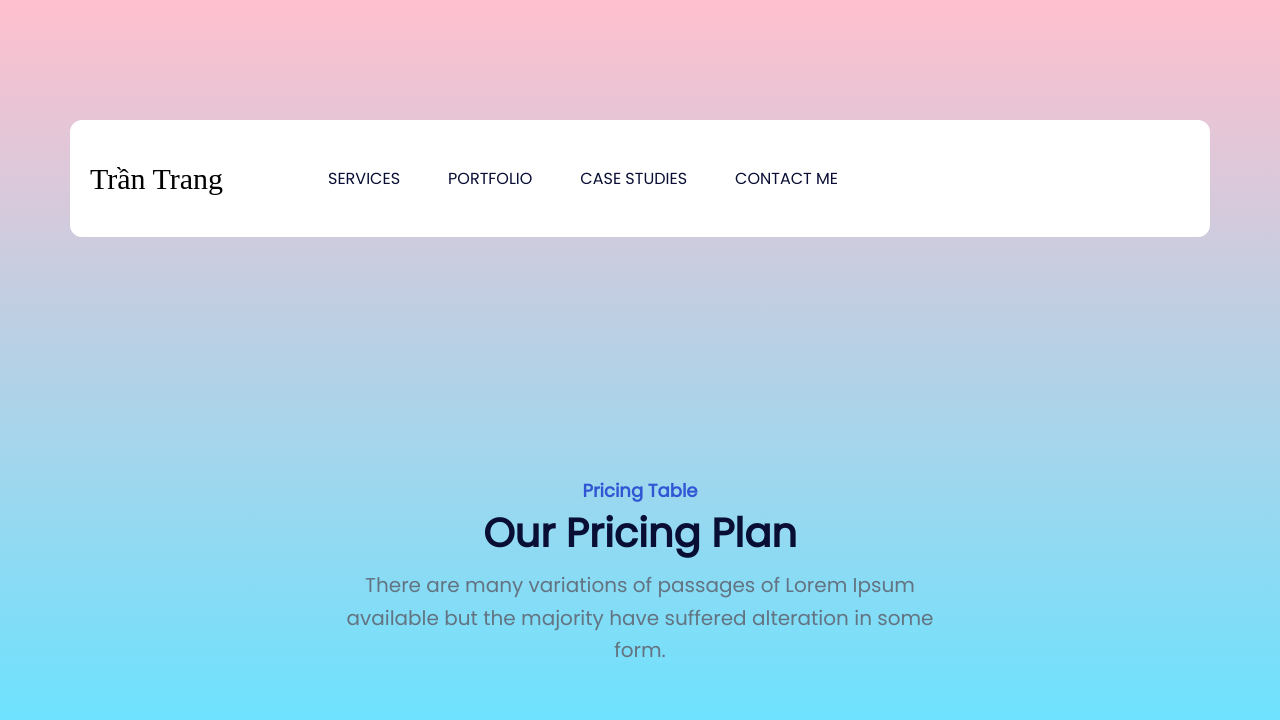
Repository: trantrang2101/CV
Page: index.html
These files come from the project's save history. The page is drawn as it stood at one moment and after the next save; the edit follows.
The browser window is 1280 px wide. The pictures show the whole page.
An inner scrolling area shows only its first screen. Some web fonts or font styles are not loaded; a fallback is used.

Above is the page before, as saved 2022-07-13 19:13:11.
Console error: TypeError: Cannot set properties of null (setting 'onclick')

After the next save:
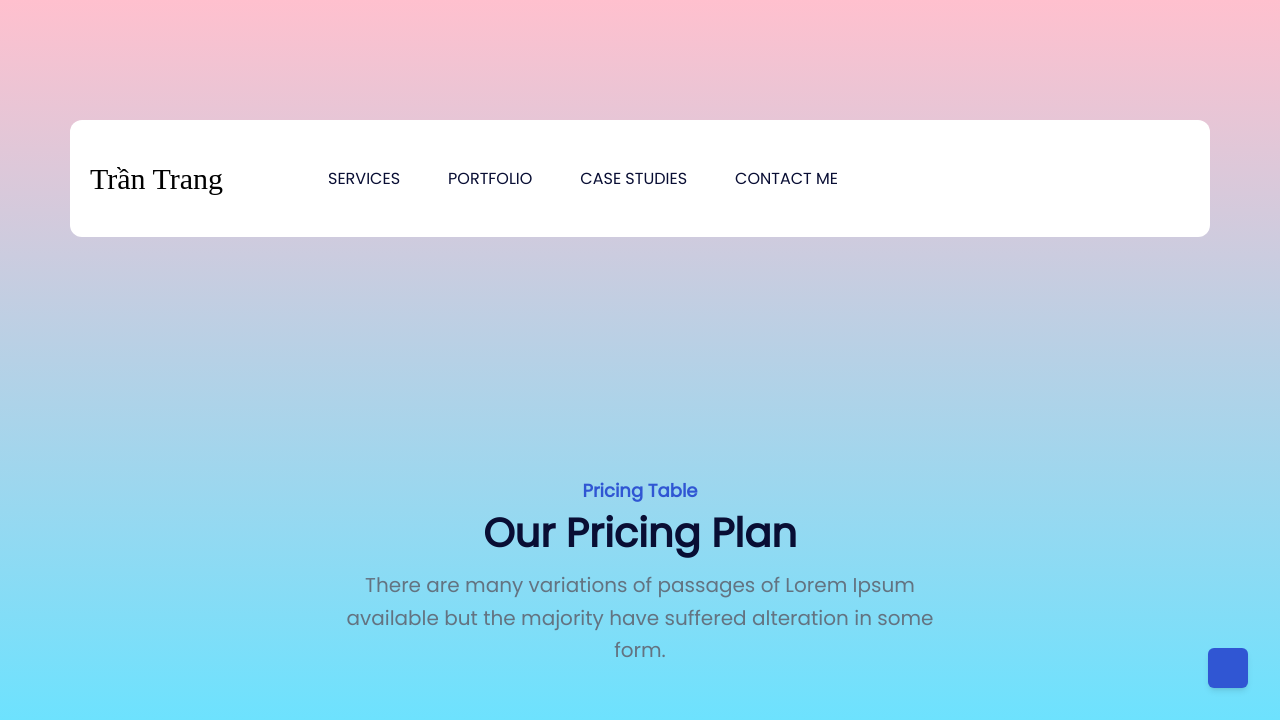
Console error: TypeError: Cannot read properties of null (reading 'offsetTop')
Saved 34 s later.
--- a/index.html
+++ b/index.html
@@ -221,6 +221,11 @@
             </div>
         </div>
     </section>
+    <a href="javascript:void(0)"
+        class="hidden items-center justify-center bg-primary text-white w-10 h-10 rounded-md fixed bottom-8 right-8 left-auto z-[999] hover:bg-dark back-to-top shadow-md transition duration-300 ease-in-out"
+        style="display: flex">
+        <span class="w-3 h-3 border-t border-l border-white rotate-45 mt-[6px]"></span>
+    </a>
     <script src="assets/js/main.js"></script>
     <script>
         const pageLink = document.querySelectorAll(".ud-menu-scroll");
